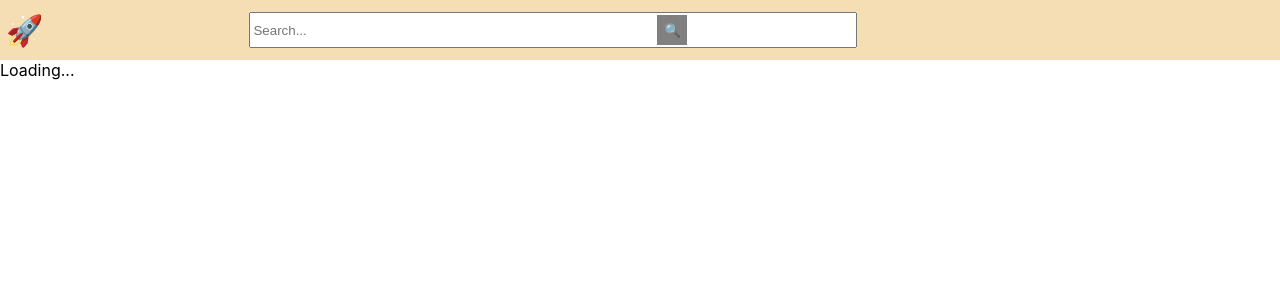
Repository: YEOMJINSEOP/React
Page: / (app in reactube/)
The author's editor kept a copy of each file at every save. The page is drawn from the files as they stood at one save, then again after the next save.
The browser window is 1280 px wide. The pictures show the whole page.
The page's requests for data from a server got no answer. The project was rebuilt for these pictures with package versions that can differ from the ones it lists, and the page was loaded fresh each time. No one was signed in, and anything a server would have sent is missing. Also part of the build but not shown: reactube/src/app.css, reactube/src/components/videoList/VideoList.module.css, reactube/src/components/videoList/VideoList.jsx.

Above is the page before, as saved 2023-01-17 11:33:57.

After the next save:
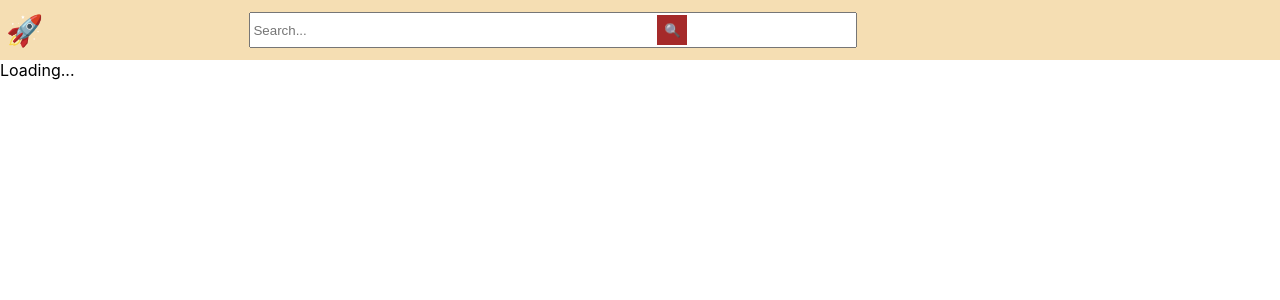
Saved 7 s later.
--- a/reactube/src/components/header/Header.module.css
+++ b/reactube/src/components/header/Header.module.css
@@ -25,5 +25,5 @@ button {
   position: relative;
   width: 30px;
   height: 30px;
-  background-color: grey;
+  background-color: brown;
 }
